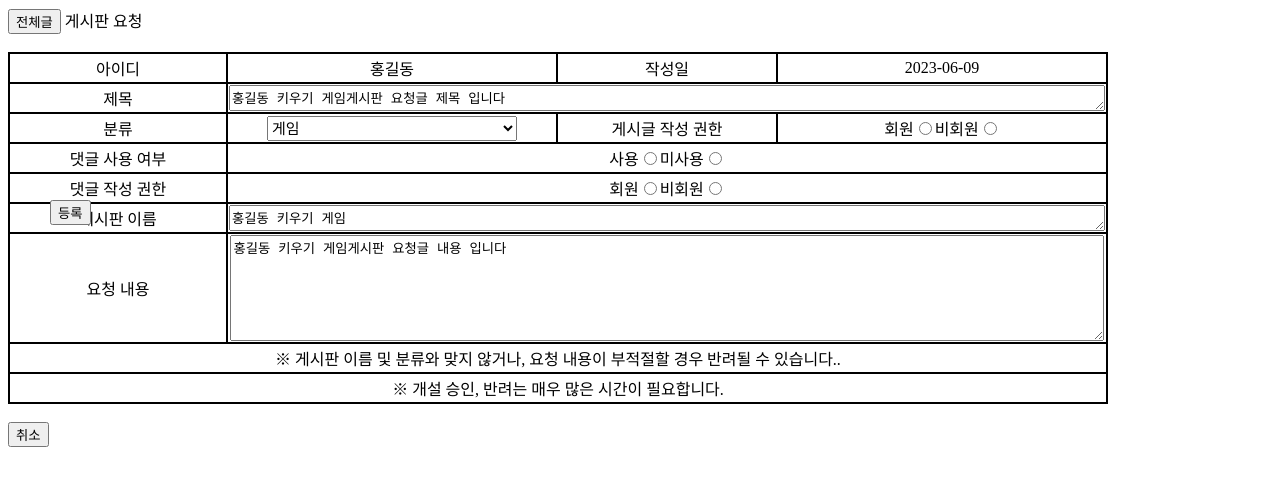
Repository: LJzero-dev/java-study
Page: http://localhost/ktbwos/bbs/request_view.jsp
These files come from the project's save history. The page is drawn as it stood at one moment and after the next save; the edit follows.
The browser window is 1280 px wide. The pictures show the whole page.
The page is served by Tomcat 9.

Above is the page before, as saved 2023-06-11 11:08:30.

After the next save:
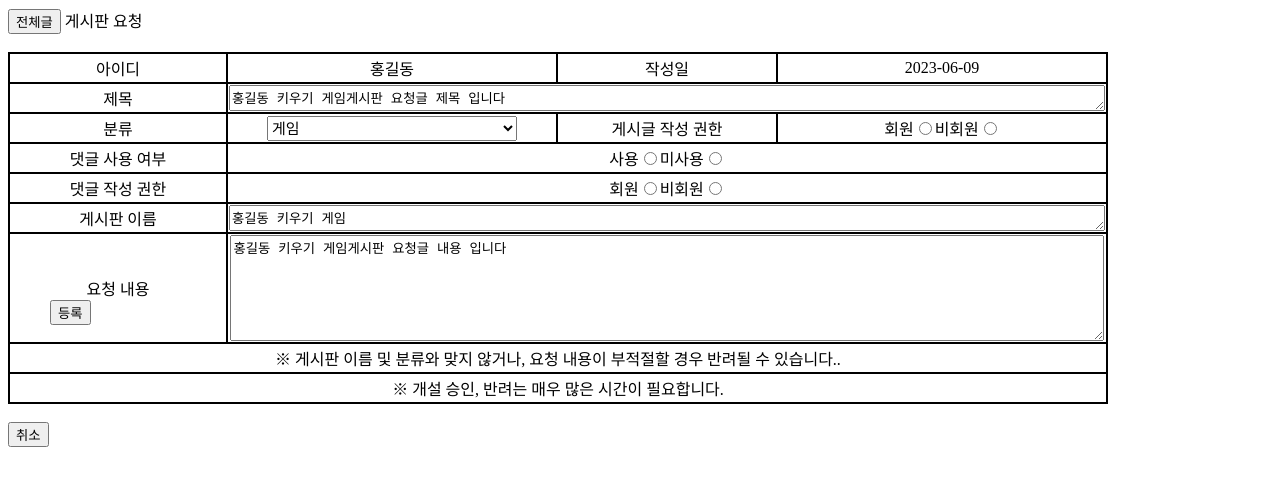
Saved 5 s later.
--- a/web/ktbwos/WebContent/bbs/request_view.jsp
+++ b/web/ktbwos/WebContent/bbs/request_view.jsp
@@ -72,7 +72,7 @@
 			<td colspan="4">※ 개설 승인, 반려는 매우 많은 시간이 필요합니다.</td>
 		</tr>
 	</table><br />
-	<input style="position: fixed;  top: 200px;  left: 50px;" type="submit" value="등록"><input type="button" value="취소">
+	<input style="position: fixed;  top: 300px;  left: 50px;" type="submit" value="등록"><input type="button" value="취소">
 </form>
 </div>
 </body>
